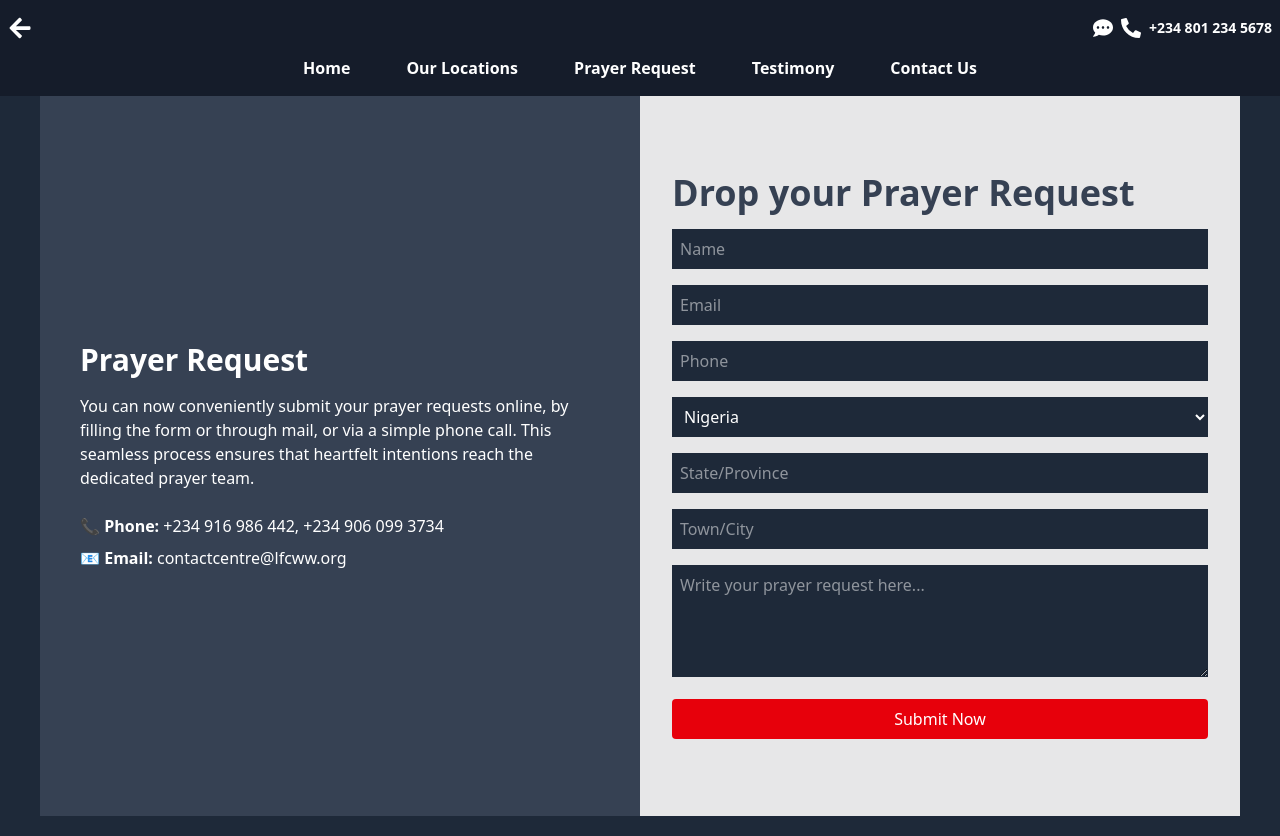
Repository: EmmyDunny1/HCEC-Website
Page: /Contact-Us/Prayer-RequestPage
An editor plug-in stored every save of this project. The page is shown before and after the next save, followed by the edit.
The browser window is 1280 px wide. The pictures show the whole page.
The project was rebuilt for these pictures with package versions that can differ from the ones it lists, and the page was loaded fresh each time. The framework's server and built-in components were replaced by stand-ins that run in the browser. Also part of the build but not shown: next.config.ts.

Above is the page before, as saved 2025-07-16 14:38:10.

### app/layout.tsx
import type { Metadata } from "next";
import { Geist, Geist_Mono } from "next/font/google";
import "./globals.css";

const geistSans = Geist({
  variable: "--font-geist-sans",
  subsets: ["latin"],
});

const geistMono = Geist_Mono({
  variable: "--font-geist-mono",
  subsets: ["latin"],
});

export const metadata: Metadata = {
  title: "Official HCEC Website",
  description: "His Coming Evangelical Church Website",
};

export default function RootLayout({
  children,
}: Readonly<{
  children: React.ReactNode;
}>) {
  return (
    <html lang="en">
    <head>
      <link rel="icon" href="/public/assets/HCEC_LOGO.png" />
    </head>
      <body
        className={`${geistSans.variable} ${geistMono.variable} antialiased`}
      >

        {children}
        {/* Footer Component */}
      </body>
    </html>
  );
}

### app/Contact-Us/Prayer-RequestPage/page.tsx
import React from 'react'
import PrayerRequestForm from '../Prayer-RequestForm/page'
import ContactLinks from '@/app/Contact-Us/ContactLinks/ContactLinks'

export default function PrayerRequest() {
  return (
    <div>
      <PrayerRequestForm />
      <ContactLinks />

    </div>
  )
}

### app/Contact-Us/Prayer-RequestForm/page.tsx
'use client'

import React, { useState } from 'react';
import emailjs from 'emailjs-com';


export default function PrayerRequestForm() {
  const [formData, setFormData] = useState({
    name: '',
    email: '',
    phone: '',
    country: 'Nigeria',
    state: '',
    city: '',
    request: ''
  });

  const handleChange = (e: React.ChangeEvent<HTMLInputElement | HTMLTextAreaElement | HTMLSelectElement>) => {
    const { name, value } = e.target;
    setFormData(prev => ({ ...prev, [name]: value }));
  };

  const handleSubmit = (e: React.FormEvent) => {
    e.preventDefault();
    emailjs.send(
      'your_service_id',
      'your_template_id',
      formData,
      'your_user_id_or_public_key'
    ).then(() => {
      alert("Prayer request sent!");
      setFormData({
        name: '', email: '', phone: '', country: 'Nigeria', state: '', city: '', request: ''
      });
    }).catch((err) => {
      console.error(err);
      alert("Failed to send request.");
    });
  };

  return (

    <div>   <div className="md:px-10 md:pt-[6rem] md:pb-5 bg-gray-800 shadow-lg min-h-screen"

    >
      <div className="grid grid-cols-1 md:grid-cols-2 bg-black/60 min-h-screen">
        {/* Left: Red Info Section */}
        <div className="bg-gray-700 text-white px-10 flex flex-col justify-center">
          <h2 className="text-3xl font-bold mb-4">Prayer Request</h2>
          <p className="mb-6">
            You can now conveniently submit your prayer requests online, by filling the form or through mail,
            or via a simple phone call. This seamless process ensures that heartfelt intentions reach the dedicated prayer team.
          </p>
          <div className="mb-2">
            📞 <strong>Phone:</strong> +234 916 986 442, +234 906 099 3734
          </div>
          <div>
            📧 <strong>Email:</strong> contactcentre@lfcww.org
          </div>
        </div>

        {/* Right: Form Section */}
        <div className="bg-white/90 p-8 flex flex-col justify-center">
          <h2 className="text-4xl font-bold text-gray-700 mb-4">Drop your Prayer Request</h2>
          <form onSubmit={handleSubmit} className="space-y-4">
            <input name="name" value={formData.name} onChange={handleChange} placeholder="Name" className="w-full p-2 bg-gray-800 text-white" />
            <input name="email" type="email" value={formData.email} onChange={handleChange} placeholder="Email" className="w-full p-2 bg-gray-800 text-white" />
            <input name="phone" value={formData.phone} onChange={handleChange} placeholder="Phone" className="w-full p-2 bg-gray-800 text-white" />
            <select name="country" value={formData.country} onChange={handleChange} className="w-full p-2 bg-gray-800 text-white">
               <option>Nigeria</option>
              <option>Togo</option>
              <option>Benin Republic</option>
              {/* Add more countries */}
            </select>
            <input name="state" value={formData.state} onChange={handleChange} placeholder="State/Province" className="w-full p-2 bg-gray-800 text-white" />
            <input name="city" value={formData.city} onChange={handleChange} placeholder="Town/City" className="w-full p-2 bg-gray-800 text-white" />
            <textarea name="request" value={formData.request} onChange={handleChange} placeholder="Write your prayer request here..." rows={4} className="w-full p-2 bg-gray-800 text-white" />
            <button type="submit" className="w-full bg-red-600 text-white py-2 rounded">Submit Now</button>
          </form>
        </div>
      </div>

    </div>

</div>

  );
}

### app/Contact-Us/ContactLinks/ContactLinks.tsx
'use client';
import Link from "next/link";
import { usePathname } from "next/navigation";
import { BiMenuAltRight } from "react-icons/bi";
import { FaArrowLeft, FaPhoneAlt, FaCommentDots } from "react-icons/fa";
import { useState } from "react";

const contactNavLinks = [
  { label: "Home", link: "/Contact-Us/Home" },
  { label: "Our Locations", link: "/Contact-Us/Our-Locations" },
  { label: "Prayer Request", link: "/Contact-Us/Prayer-Request" },
  { label: "Testimony", link: "/Contact-Us/Testimony" },
  { label: "Contact Us", link: "/Contact-Us/Get-In-Touch" },
];

export default function ContactLinks() {
  const pathname = usePathname();
  const [open, setOpen] = useState(false);

  // Close menu on link click (mobile only)
  const handleLinkClick = () => {
    if (window.innerWidth < 768) setOpen(false);
  };

  return (
    <nav className="w-full fixed top-0 z-10 shadow-white bg-[#0C101C] h-screen md:bg-[#0C101C]/50 md:h-[6rem] py-4 px-2">
      <div className="flex items-center justify-between mb-2">
        {/* Back to homepage icon (left) */}
        <Link href="/" className="text-white hover:text-red-400 flex items-center">
          <FaArrowLeft className="text-2xl" />
        </Link>
        {/* Hamburger menu for mobile */}
        <button
          className="md:hidden text-white text-2xl"
          onClick={() => setOpen((prev) => !prev)}
          aria-label="Toggle menu"
        >
          <BiMenuAltRight />
        </button>
        {/* Chat/Call icon and phone (right) */}
        <a
          href="tel:+2348012345678"
          className="text-white hover:text-green-400 flex items-center gap-2"
        >
          <FaCommentDots className="text-xl" />
          <FaPhoneAlt className="text-xl" />
          <span className="hidden md:inline text-sm font-semibold">+234 801 234 5678</span>
        </a>
      </div>
      {/* Nav links */}
      <ul
        className={`flex flex-col md:flex-row gap-2 md:gap-8 justify-center items-center mt-2
          ${open ? "block" : "hidden"} md:flex`}
      >
        {contactNavLinks.map((item) => (
          <li key={item.label} className="w-full md:w-auto">
            <Link
              href={item.link}
              className={`block text-white font-semibold px-3 py-2 transition text-center
                ${pathname === item.link ? " bg-red-500 text-white shadow" : "hover:bg-red-500/50 hover:text-white"}`}
              onClick={handleLinkClick}
            >
              {item.label}
            </Link>
          </li>
        ))}
      </ul>
    </nav>
  );
}

Loaded but not shown: app/globals.css (common file)

After the next save:
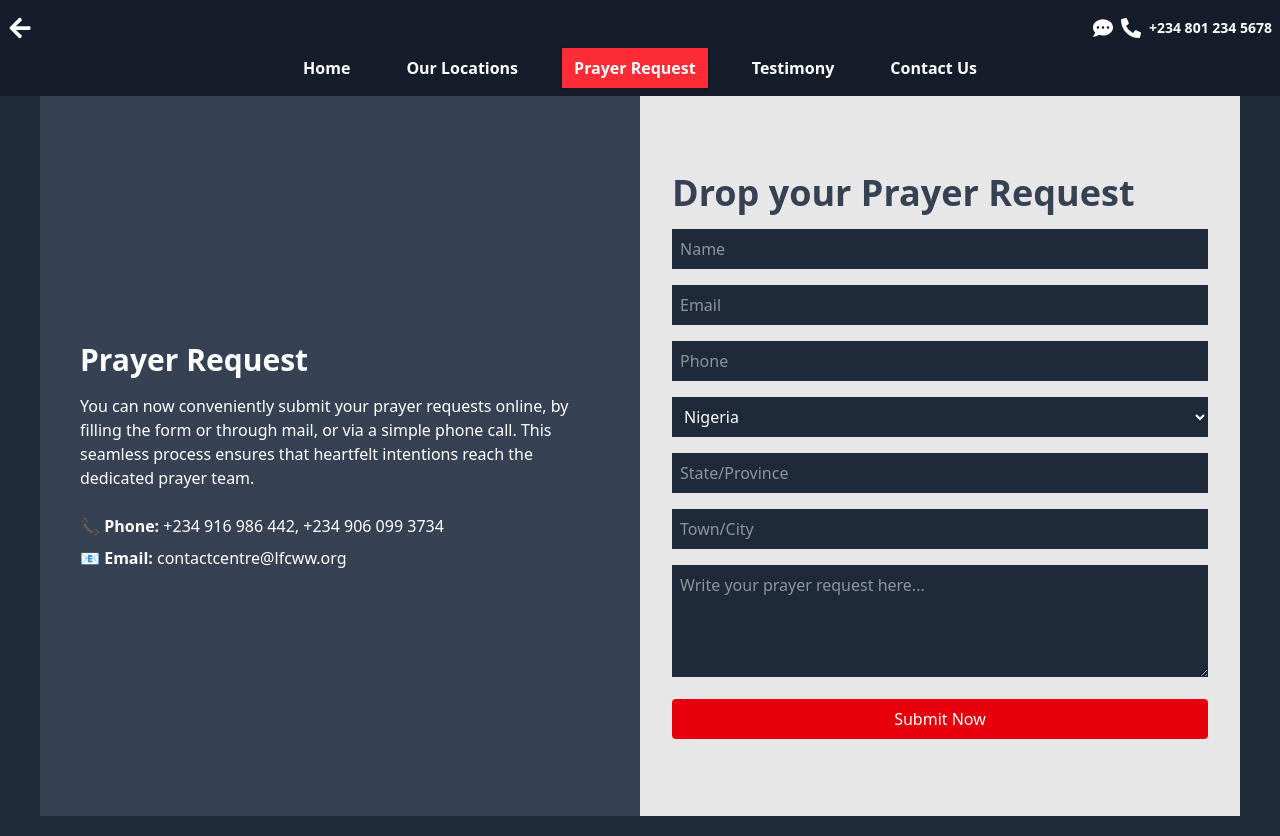
Saved 3 min 29 s later.
--- a/app/Contact-Us/ContactLinks/ContactLinks.tsx
+++ b/app/Contact-Us/ContactLinks/ContactLinks.tsx
@@ -8,7 +8,7 @@
 const contactNavLinks = [
   { label: "Home", link: "/Contact-Us/Home" },
   { label: "Our Locations", link: "/Contact-Us/Our-Locations" },
-  { label: "Prayer Request", link: "/Contact-Us/Prayer-Request" },
+  { label: "Prayer Request", link: "/Contact-Us/Prayer-RequestPage" },
   { label: "Testimony", link: "/Contact-Us/Testimony" },
   { label: "Contact Us", link: "/Contact-Us/Get-In-Touch" },
 ];
